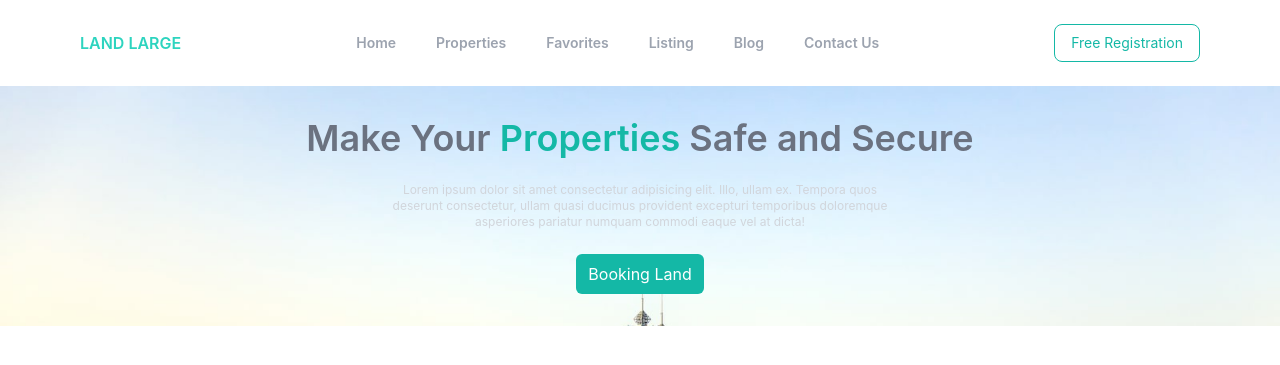
Repository: MuniruIssah/realestate
Page: /
These files come from the project's save history. The page is drawn as it stood at one moment and after the next save; the edit follows.
The browser window is 1280 px wide. The pictures show the whole page.
The project was rebuilt for these pictures with package versions that can differ from the ones it lists, and the page was loaded fresh each time. Also part of the build but not shown: src/App.css.

Above is the page before, as saved 2022-02-19 22:03:37.

After the next save:
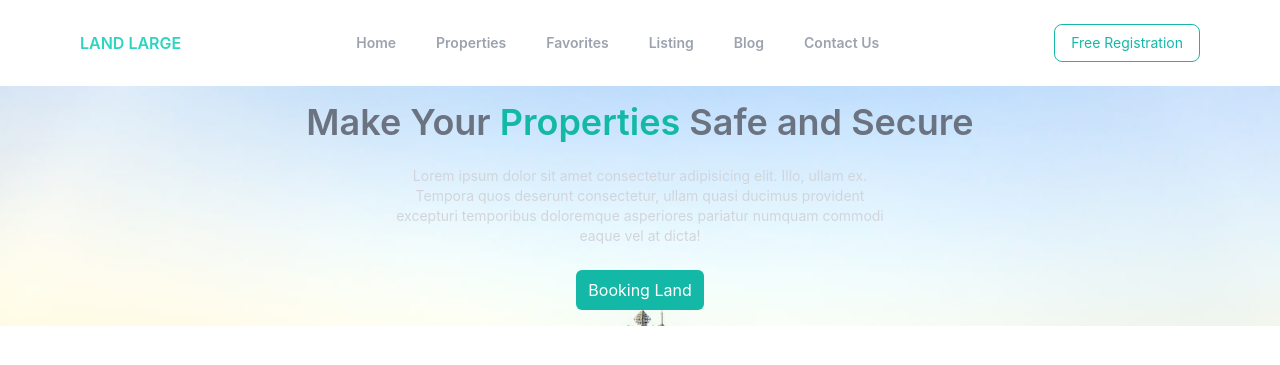
Saved 15 s later.
--- a/src/components/Jumbotron.js
+++ b/src/components/Jumbotron.js
@@ -10,7 +10,7 @@ const Jumbotron = () => {
         Make Your <span className="text-teal-500">Properties</span> Safe and
         Secure
       </span>
-      <p className="text-gray-300 text-xs text-center max-w-lg">
+      <p className="text-gray-300 text-sm text-center max-w-lg">
         Lorem ipsum dolor sit amet consectetur adipisicing elit. Illo, ullam ex.
         Tempora quos deserunt consectetur, ullam quasi ducimus provident
         excepturi temporibus doloremque asperiores pariatur numquam commodi
